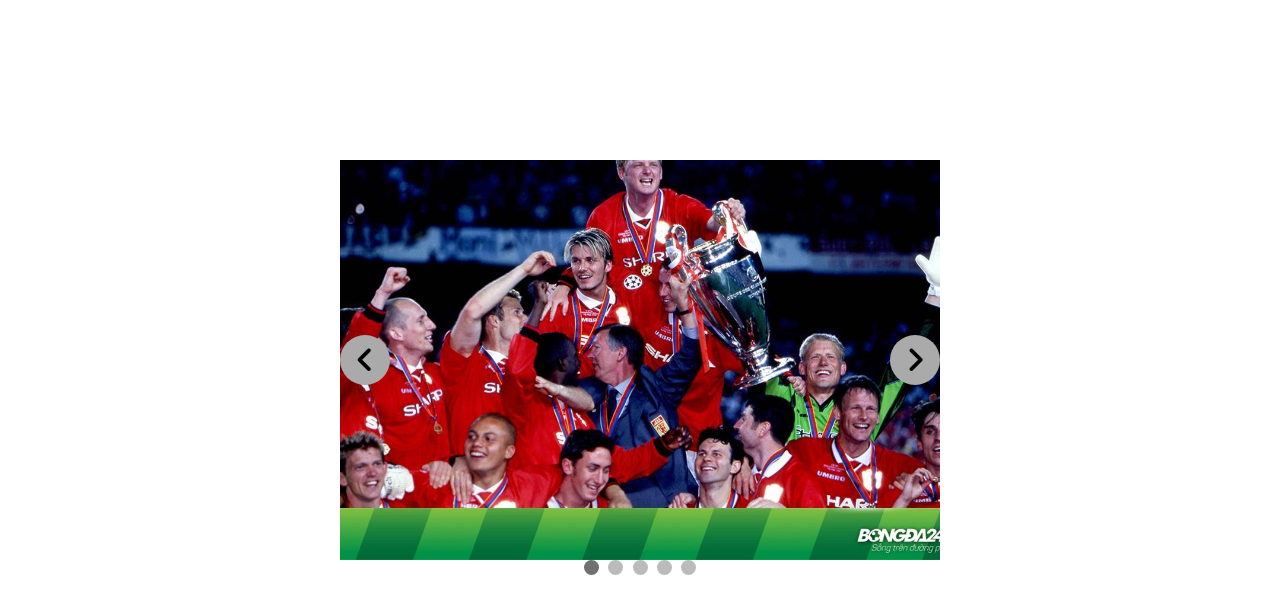
Repository: HoanTiny/slideShow
Page: index.html
These files come from the project's save history. The page is drawn as it stood at one moment and after the next save; the edit follows.
The browser window is 1280 px wide. The pictures show the whole page.
Some web libraries are served in a nearby version.

Above is the page before, as saved 2022-08-19 09:13:30.

After the next save:
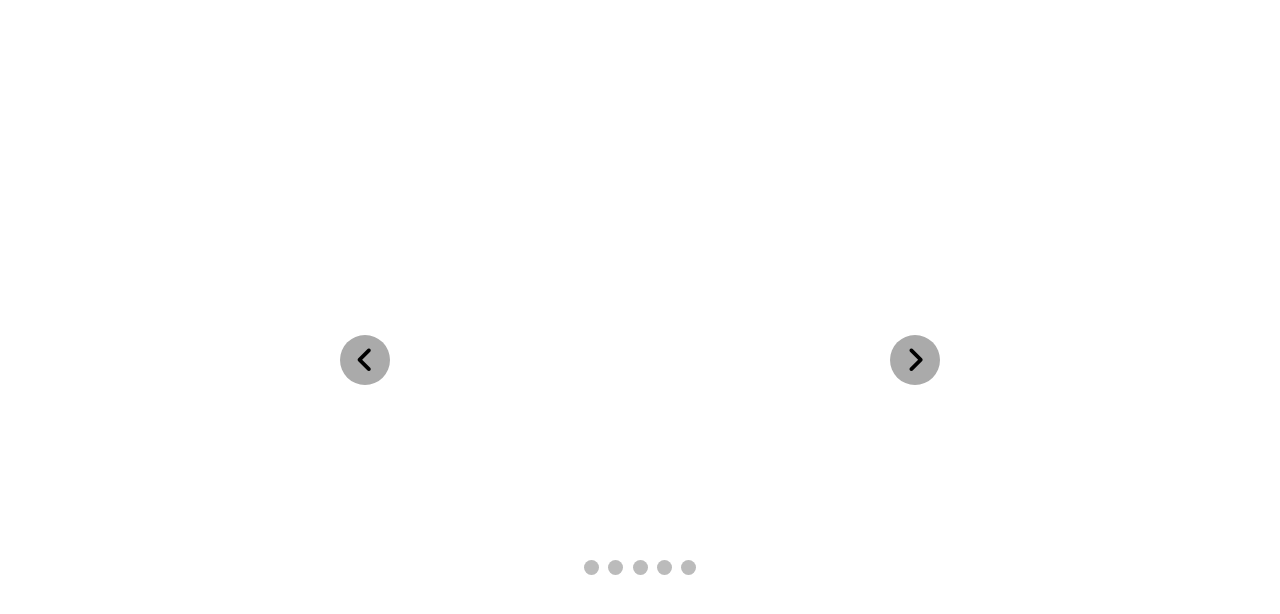
Console error: TypeError: Cannot read properties of undefined (reading 'className')
Saved 26 s later.
--- a/acssets/js/index.js
+++ b/acssets/js/index.js
@@ -39,7 +39,7 @@
     if (n > listImg.length - 1) {
         slideIndex = 0;
     }
-    if (n < 0) {
+    if (n <= 0) {
         slideIndex = listImg.length;
     }
     for (i = 0; i < dots.length; i++) {

After the save that followed:
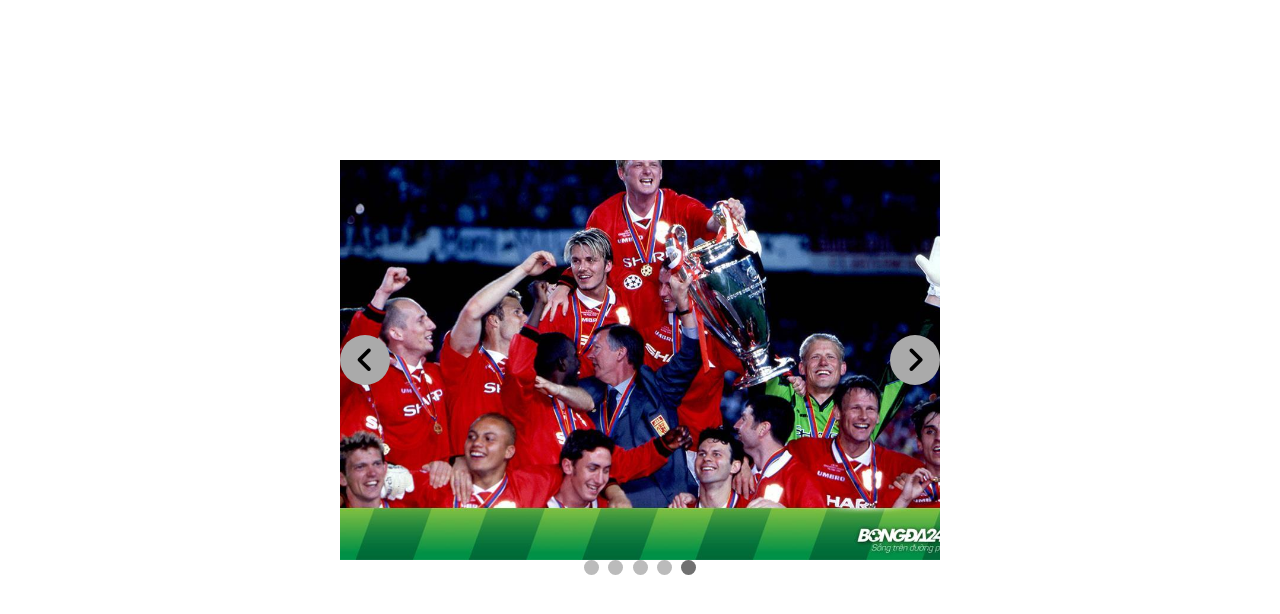
The error is gone.
Saved 21 s later.
--- a/acssets/js/index.js
+++ b/acssets/js/index.js
@@ -40,7 +40,7 @@
         slideIndex = 0;
     }
     if (n <= 0) {
-        slideIndex = listImg.length;
+        slideIndex = listImg.length - 1;
     }
     for (i = 0; i < dots.length; i++) {
         dots[i].className = dots[i].className.replace(" active", "");
